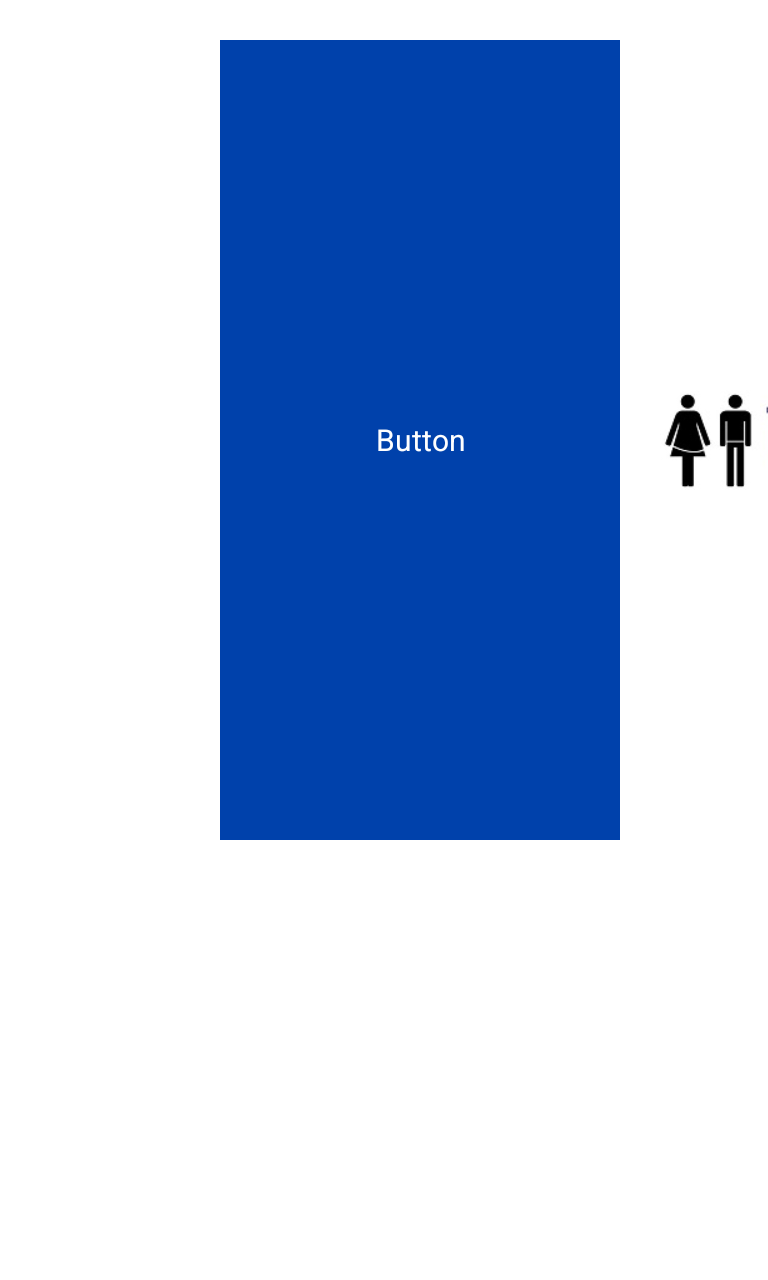
Repository: vinnare89/ASA
Layout: ASA/res/layout/list_item_layout.xml
The author's editor kept a copy of each file at every save. The layout is drawn from the files as they stood at one save, then again after the next save.
It is drawn on a 768 x 1280 px phone screen (xhdpi) without system bars, with theme AppTheme; the app's code is not run.

Above is the layout before, as saved 2013-12-28 21:14:16.

### ASA/res/layout/list_item_layout.xml
<?xml version="1.0" encoding="utf-8"?>
<TableLayout xmlns:android="http://schemas.android.com/apk/res/android"
    android:layout_width="match_parent"
    android:layout_height="match_parent"
    android:stretchColumns="1">
    <TableRow>

        <ImageView
            android:id="@+id/img"
            android:layout_width="50dp"
            android:layout_height="50dp" />

        <TextView
            android:id="@+id/txt"
            android:layout_width="wrap_content"
            android:layout_height="50dp" />

        <Button
                android:id="@+id/reserve"
                style="@style/AsaControlButton"
                android:layout_width="wrap_content"
                android:layout_height="400dp"
                android:text="Button"
                android:layout_gravity="right|center_vertical" />
        <ImageView
            android:id="@+id/toilette"
            android:layout_width="50dp"
            android:layout_height="50dp"
            android:src="@drawable/toilette"
            android:layout_gravity="right|center_vertical" />
        <ImageView
            android:id="@+id/shop"
            android:layout_width="50dp"
            android:layout_height="50dp"
            android:src="@drawable/shop"
            android:layout_gravity="right|center_vertical" />
        <ImageView
            android:id="@+id/ec"
            android:layout_width="50dp"
            android:layout_height="50dp"
            android:src="@drawable/ec"
            android:layout_gravity="right|center_vertical" />
        <ImageView
            android:id="@+id/imbiss"
            android:layout_width="50dp"
            android:layout_height="50dp"
            android:src="@drawable/imbiss"
            android:layout_gravity="right|center_vertical" />
        <ImageView
            android:id="@+id/spielplatz"
            android:layout_width="50dp"
            android:layout_height="50dp"
            android:src="@drawable/spielplatz"
            android:layout_gravity="right|center_vertical" />
        <ImageView
            android:id="@+id/dusche"
            android:layout_width="50dp"
            android:layout_height="50dp"
            android:src="@drawable/dusche"
            android:layout_gravity="right|center_vertical" />

    </TableRow>

</TableLayout>

### ASA/res/values/color.xml
<?xml version="1.0" encoding="utf-8"?>
<resources>
    <color name="autobahn_blau">#0041AB</color>
</resources>

Loaded but not shown: ASA/res/values/styles.xml (common file); ASA/res/values-v11/styles.xml (common file); ASA/res/values-v14/styles.xml (common file)

After the next save:
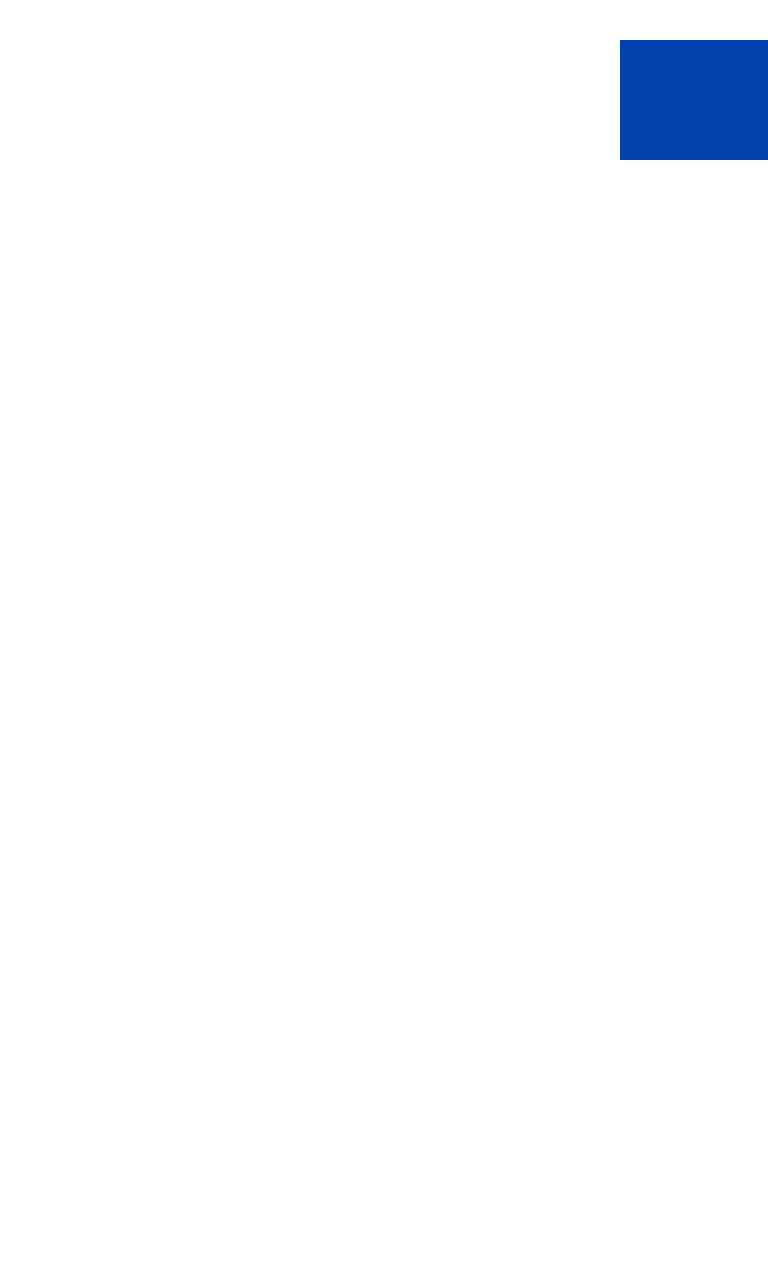
Saved 6 s later.
--- a/ASA/res/layout/list_item_layout.xml
+++ b/ASA/res/layout/list_item_layout.xml
@@ -18,8 +18,8 @@
         <Button
                 android:id="@+id/reserve"
                 style="@style/AsaControlButton"
-                android:layout_width="wrap_content"
-                android:layout_height="400dp"
+                android:layout_width="400dp"
+                android:layout_height="wrap_content"
                 android:text="Button"
                 android:layout_gravity="right|center_vertical" />
         <ImageView
